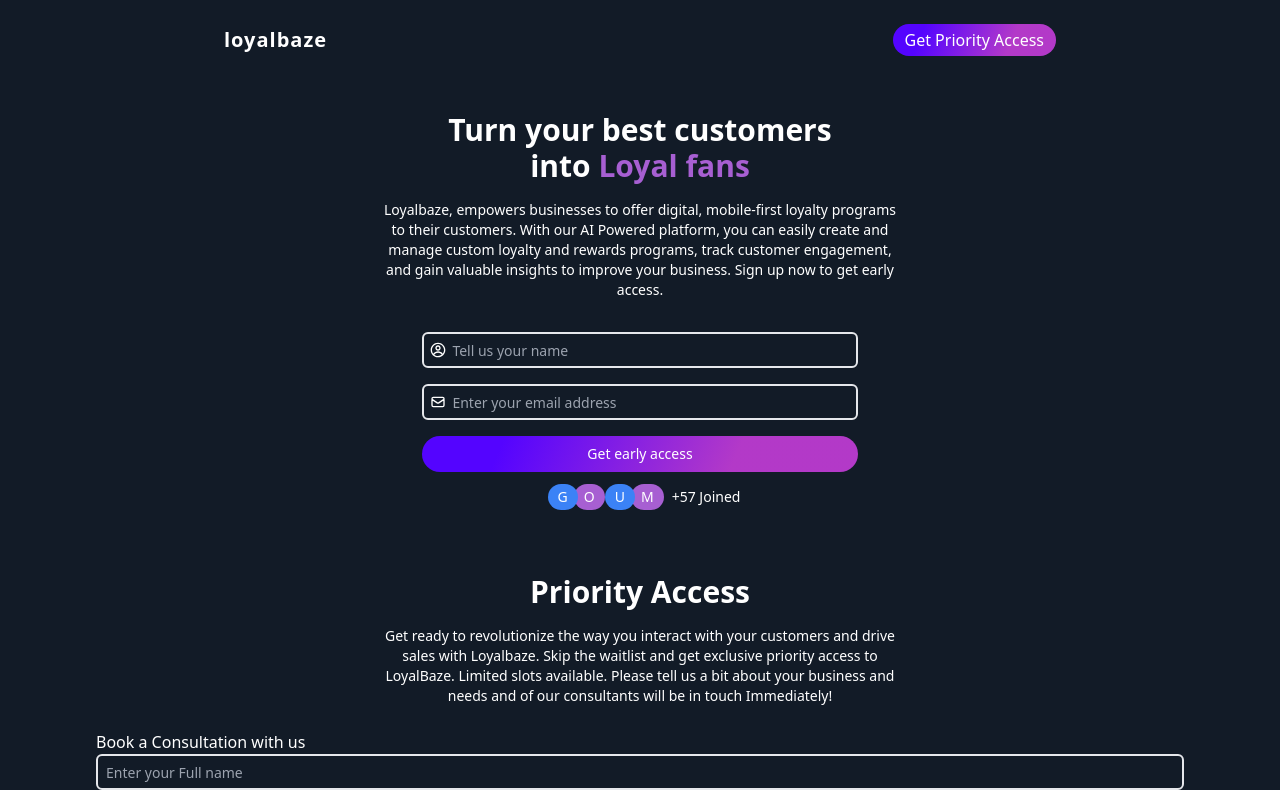
Repository: Jerified/loyalbaze
Page: /
The author's editor kept a copy of each file at every save. The page is drawn from the files as they stood at one save, then again after a run of saves.
The browser window is 1280 px wide. The pictures show the whole page.
The project was rebuilt for these pictures with package versions that can differ from the ones it lists, and the page was loaded fresh each time. The framework's server and built-in components were replaced by stand-ins that run in the browser. Also part of the build but not shown: next.config.js.

Above is the page before, as saved 2023-02-11 07:42:25.

After the next 2 saves:
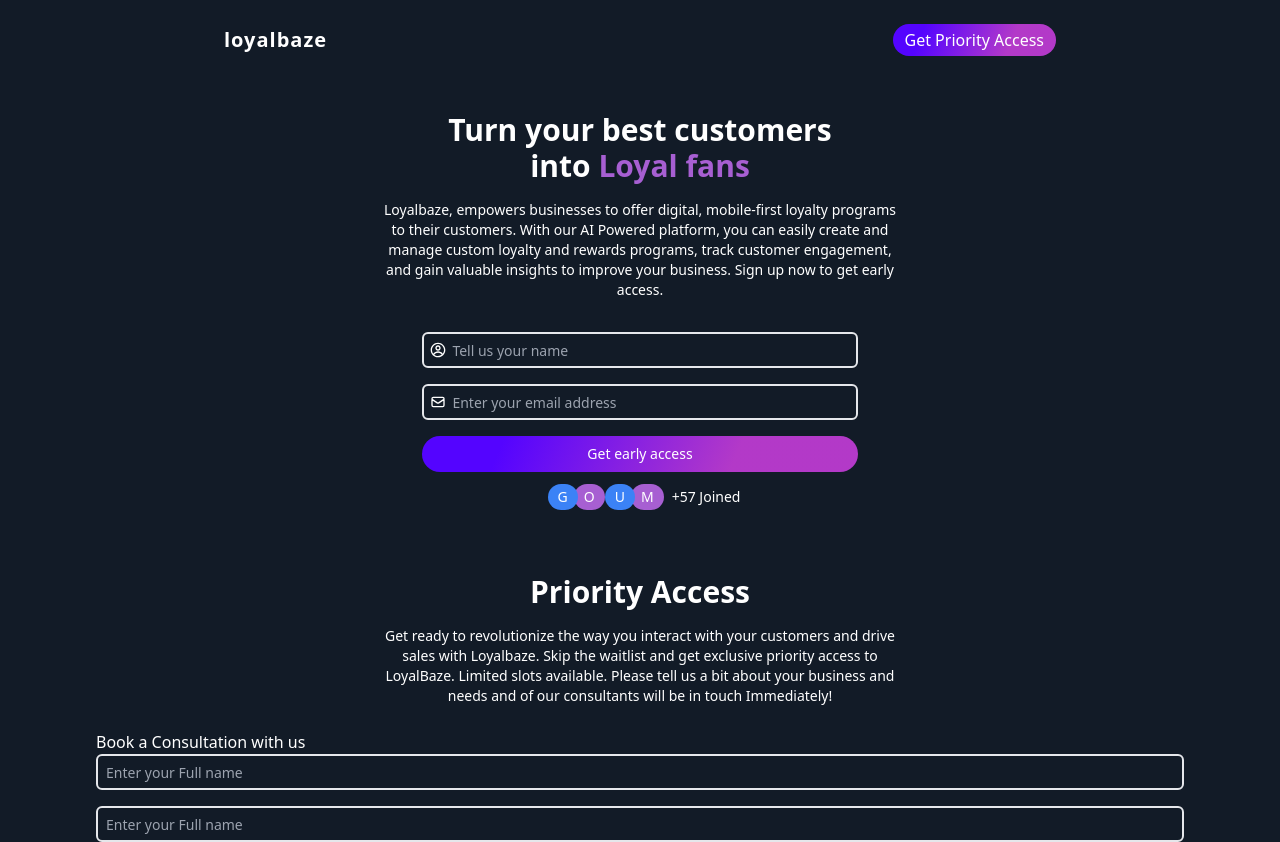
The 2 saves are shown as one change because they came seconds apart.
The last was saved 9 s later.
--- a/src/components/Form.tsx
+++ b/src/components/Form.tsx
@@ -22,7 +22,11 @@ const Form = () => {
               className="bg-inherit border-2 w-full rounded-md py-1 px-2 pl-2 placeholder:text-[14px]"
               placeholder="Enter your Full name"
             />
-
+            <input
+              type="text"
+              className="bg-inherit border-2 w-full rounded-md py-1 px-2 pl-2 placeholder:text-[14px]"
+              placeholder="Enter your Full name"
+            />
           </div>
         </form>
       </main>
